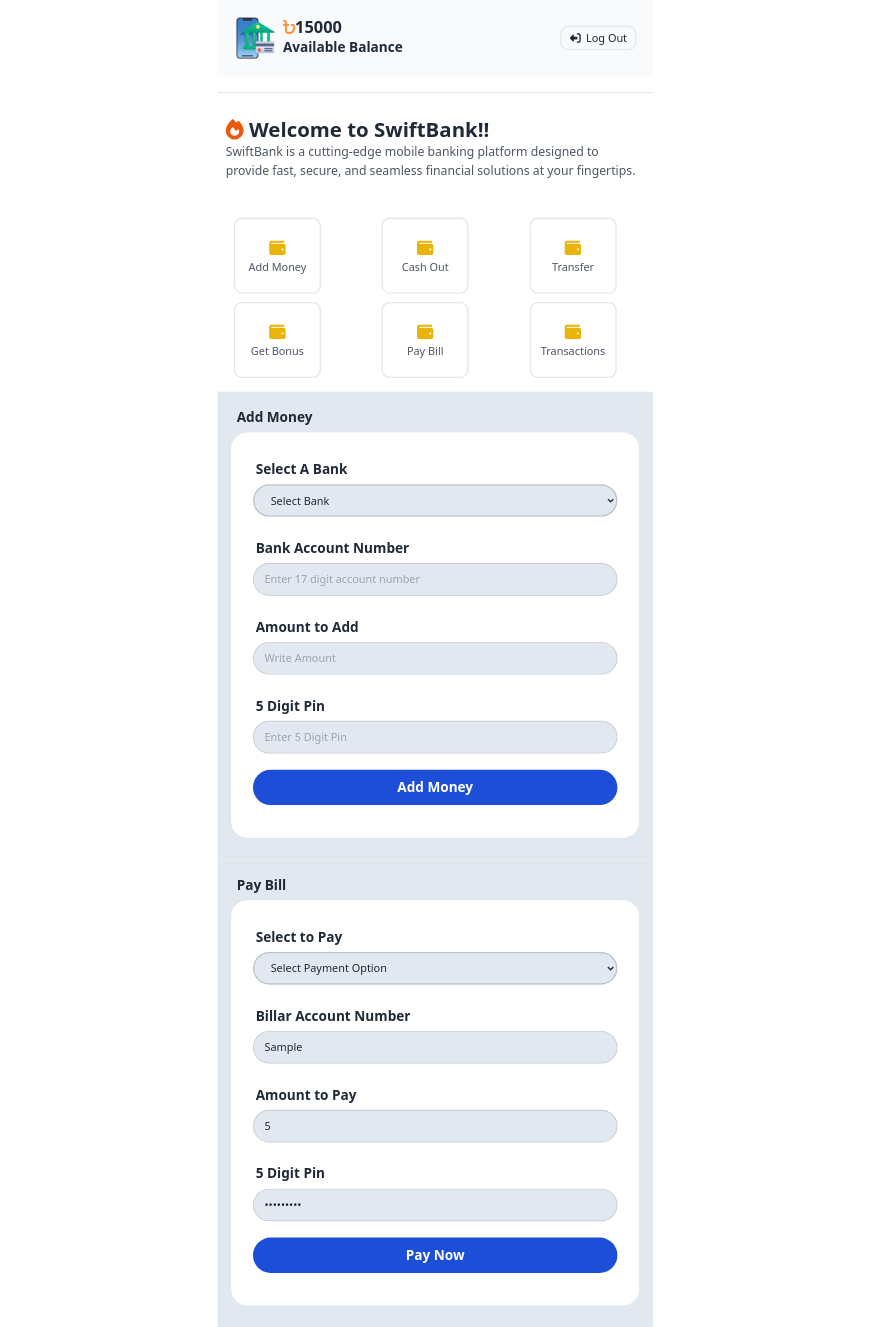
Repository: mukaddam-coder/swift-bank-mobile-banking
Page: home.html
The author's editor kept a copy of each file at every save. The page is drawn from the files as they stood at one save, then again after the next save.
The browser window is 1280 px wide. The pictures show the whole page, at 68% of full size.
Empty fields were first filled with sample values (such as "Sample", 5 or name@example.com).
After loading, the first visible `#show-add-money-section` was clicked once.
Some web libraries are served in a nearby version.

Above is the page before, as saved 2024-12-15 02:09:28.

After the next save:
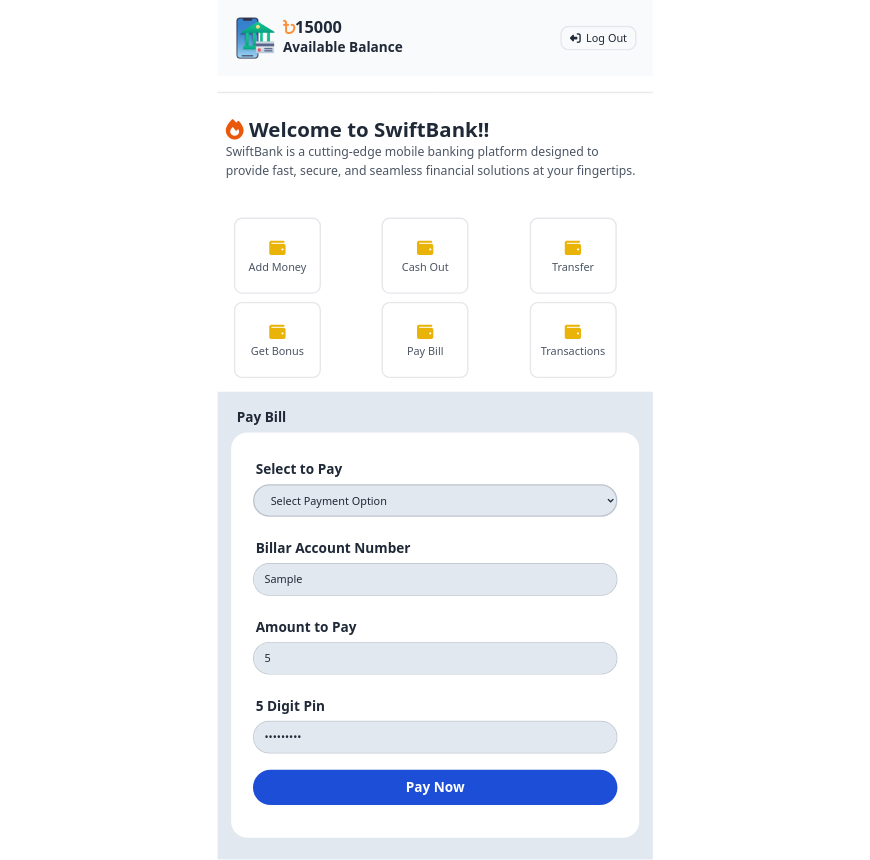
Console error: TypeError: Cannot read properties of null (reading 'classList')
Saved 3 min 5 s later.
--- a/Jscript/utilities.js
+++ b/Jscript/utilities.js
@@ -17,6 +17,7 @@
     document.getElementById('cash-out-section').classList.add('hidden');
     document.getElementById('money-transfer-section').classList.add('hidden');
     document.getElementById('get-bonus-section').classList.add('hidden');
+    document.getElementById('pay-bill-section').classList.add('hidden');
 //    Show the section with the provided id
     document.getElementById(id).classList.remove('hidden');
 };
